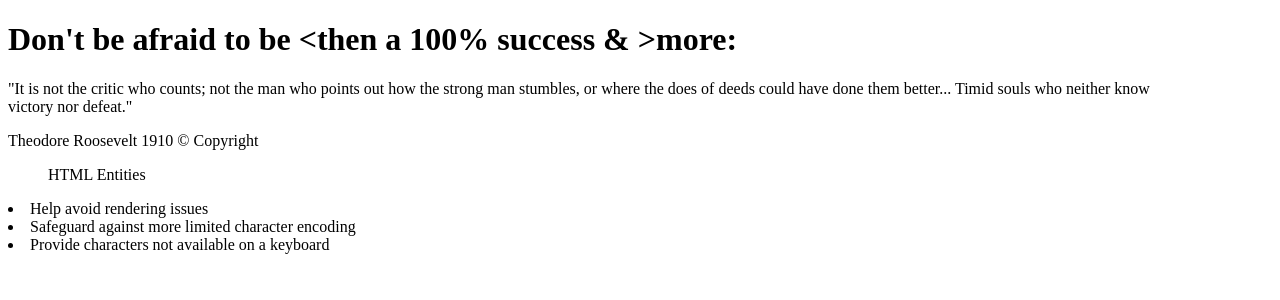
Repository: Koniya/my-coding-practices
Page: entities.html
An editor plug-in stored every save of this project. The page is shown before and after the next save, followed by the edit.
The browser window is 1280 px wide. The pictures show the whole page.

Above is the page before, as saved 2024-01-27 17:31:13.

After the next save:
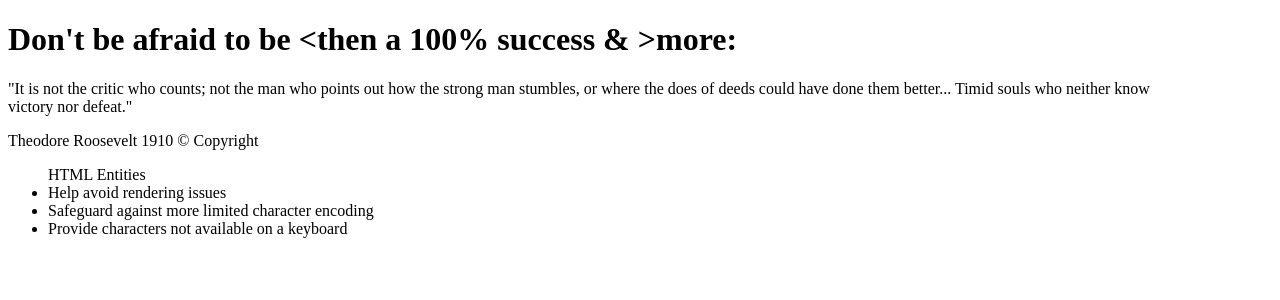
Saved 8 min 5 s later.
--- a/entities.html
+++ b/entities.html
@@ -12,10 +12,12 @@
 </p>
 <p> Theodore Roosevelt 1910 &copy; Copyright</p>
 <div>
-    <ul>HTML Entities</ul>
-    <li> Help avoid rendering issues</li>
-    <li> Safeguard against more limited character encoding</li>
-    <li>Provide characters not available on a keyboard</li>
+    <ul>
+        HTML Entities
+        <li> Help avoid rendering issues</li>
+        <li> Safeguard against more limited character encoding</li>
+        <li>Provide characters not available on a keyboard</li>
+    </ul>
 </div>
 </body>
 </html>
